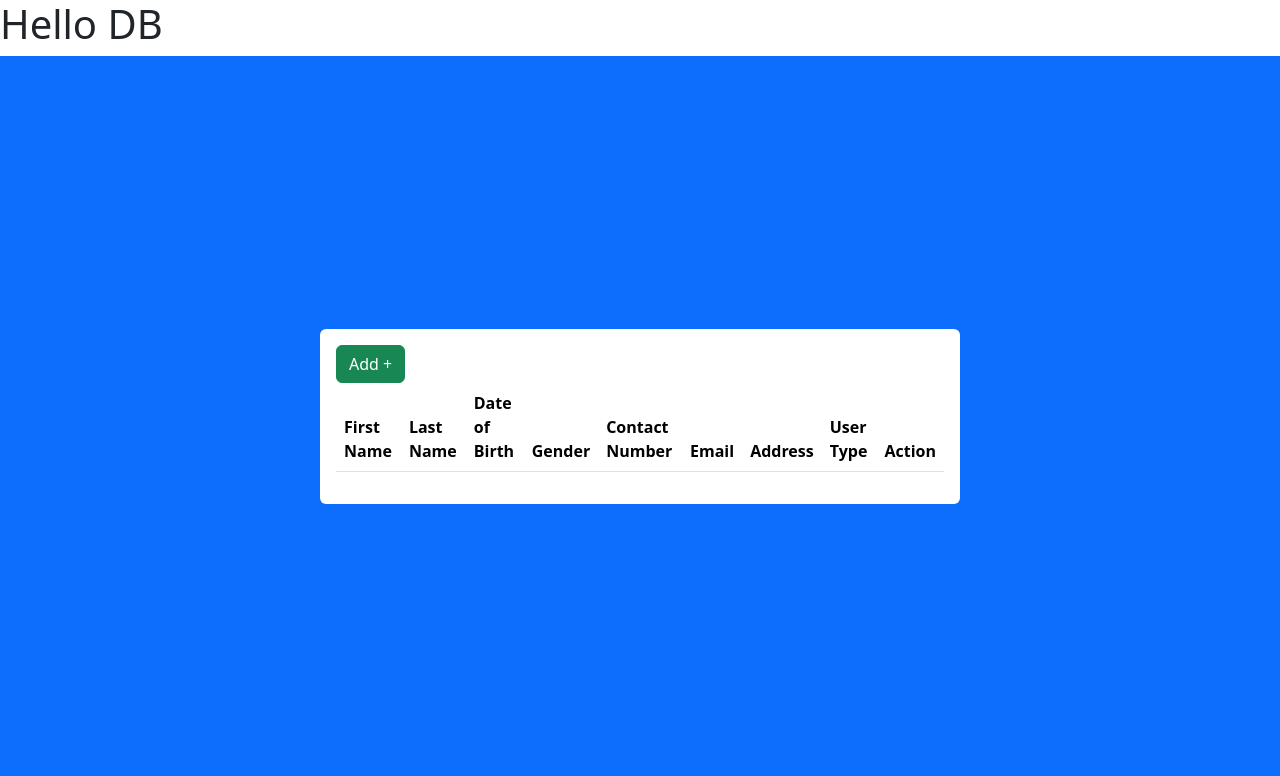
Repository: Puttaz/InsuranceGUI_React
Page: /viewusers (app in client/)
An editor plug-in stored every save of this project. The page is shown before and after a run of saves, followed by the edit.
The browser window is 1280 px wide. The pictures show the whole page.
The page's requests for data from a server got no answer. The project was rebuilt for these pictures with package versions that can differ from the ones it lists, and the page was loaded fresh each time. No one was signed in, and anything a server would have sent is missing. Also part of the build but not shown: client/vite.config.js, client/src/CreateUser.jsx, client/src/UpdateUser.jsx.

Above is the page before, as saved 2023-12-06 15:22:37.

### client/src/App.jsx
import { useState } from 'react'
import './App.css'
import {BrowserRouter, Routes, Route} from 'react-router-dom'
import 'bootstrap/dist/css/bootstrap.min.css'
import Users from './Users'
import CreateUser from './CreateUser'
import UpdateUser from './UpdateUser'

function App() {
  const [count, setCount] = useState(0)

  return (
    <div>
      <h1>Hello DB</h1>
      <BrowserRouter>
        <Routes>
          <Route path='/viewusers' element = {<Users />}></Route>
          <Route path='/createuser' element = {<CreateUser />}></Route>
          <Route path='/updateuser/:id' element = {<UpdateUser />}></Route>
        </Routes>
      </BrowserRouter>
    </div>
  )
}

export default App

### client/src/Users.jsx
import axios from "axios";
import React, { useState,useEffect } from "react";
import {Link} from 'react-router-dom'

function Users () {
    const[users, setUsers] = useState([])

    useEffect(() =>{
        axios.get("http://localhost:8087/users")
        .then(result => setUsers(result.data))
        .catch(err => console.log(err))
    },[])

    const handleDelete = (id) =>{
        axios.delete('http://localhost:8087/users/'+id)
        .then(res => {console.log(res)
            window.location.reload()
        })
        .catch(err => console.log(err))
    }
    return (
        <div>
            <div className="d-flex vh-100 bg-primary justify-content-center align-items-center">
                <div className="w-50 bg-white rounded p-3">
                    <Link to="/createuser" className= "btn btn-success">Add +</Link>
                    <table className="table">
                        <thead>
                            <tr>
                                <th>First Name</th>
                                <th>Last Name</th>
                                <th>Date of Birth</th>
                                <th>Gender</th>
                                <th>Contact Number</th>
                                <th>Email</th>
                                <th>Address</th>
                                <th>User Type</th>
                                <th>Action</th>
                            </tr>
                        </thead>
                        <tbody>
                            {
                                users.map((user) => {
                                    return <tr>
                                        <td>{user.firstName}</td>
                                        <td>{user.lastName}</td>
                                        <td>{user.dateOfBirth}</td>
                                        <td>{user.gender}</td>
                                        <td>{user.contactNumber}</td>
                                        <td>{user.email}</td>
                                        <td>{user.address}</td>
                                        <td>{user.userType}</td>
                                        <td>
                                            <Link to={`/updateusers/${user._id}`} className= "btn btn-success">Update</Link>
                                            <button className="btn btn-danger" onClick={(e) => handleDelete(user.userId)}>Delete</button></td>
                                    </tr>
                                })
                            }
                        </tbody>

                    </table>
                </div>
            </div>
        </div>
    )
}

export default Users;

Loaded but not shown: client/index.html (common file); client/src/main.jsx (common file); client/src/App.css (no stored copy; drawn as an empty file)

After the next 2 saves:
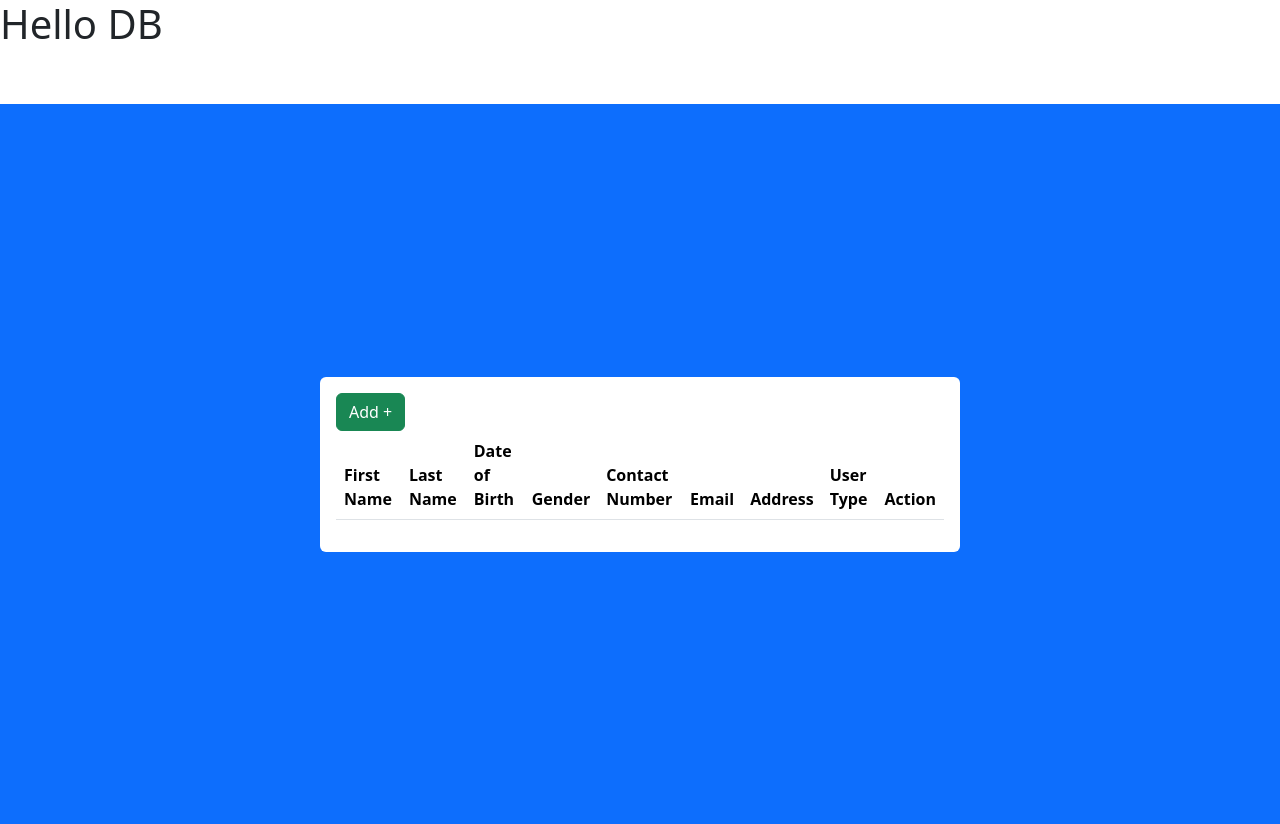
The 2 saves are shown as one change because 1 did not build or start.
The last was saved 51 min 2 s later.
--- a/client/src/App.jsx
+++ b/client/src/App.jsx
@@ -12,6 +12,50 @@ function App() {
   return (
     <div>
       <h1>Hello DB</h1>
+      <div class="container-fluid p-0 mb-5 wow fadeIn" data-wow-delay="0.1s">
+        <div id="header-carousel" class="carousel slide" data-bs-ride="carousel">
+            <div class="carousel-inner">
+                <div class="carousel-item active">
+
+                    <div class="carousel-caption">
+                        <div class="container">
+                            <div class="row">
+                                <div class="col-12 col-lg-6">
+                                    <h1 class="display-3 text-dark mb-4 animated slideInDown">Insurance Creates Wealth For Everyone</h1>
+                                    <p class="fs-5 text-body mb-5">Clita erat ipsum et lorem et sit, sed stet lorem sit clita duo justo magna dolore erat amet</p>
+                                    <a href="" class="btn btn-primary py-3 px-5">More Details</a>
+                                </div>
+                            </div>
+                        </div>
+                    </div>
+                </div>
+                <div class="carousel-item">
+
+                    <div class="carousel-caption">
+                        <div class="container">
+                            <div class="row">
+                                <div class="col-12 col-lg-6">
+                                    <h1 class="display-3 text-dark mb-4 animated slideInDown">The Best Insurance Begins Here</h1>
+                                    <p class="fs-5 text-body mb-5">Clita erat ipsum et lorem et sit, sed stet lorem sit clita duo justo magna dolore erat amet</p>
+                                    <a href="" class="btn btn-primary py-3 px-5">More Details</a>
+                                </div>
+                            </div>
+                        </div>
+                    </div>
+                </div>
+            </div>
+            <button class="carousel-control-prev" type="button" data-bs-target="#header-carousel"
+                data-bs-slide="prev">
+                <span class="carousel-control-prev-icon" aria-hidden="true"></span>
+                <span class="visually-hidden">Previous</span>
+            </button>
+            <button class="carousel-control-next" type="button" data-bs-target="#header-carousel"
+                data-bs-slide="next">
+                <span class="carousel-control-next-icon" aria-hidden="true"></span>
+                <span class="visually-hidden">Next</span>
+            </button>
+        </div>
+    </div>
       <BrowserRouter>
         <Routes>
           <Route path='/viewusers' element = {<Users />}></Route>
